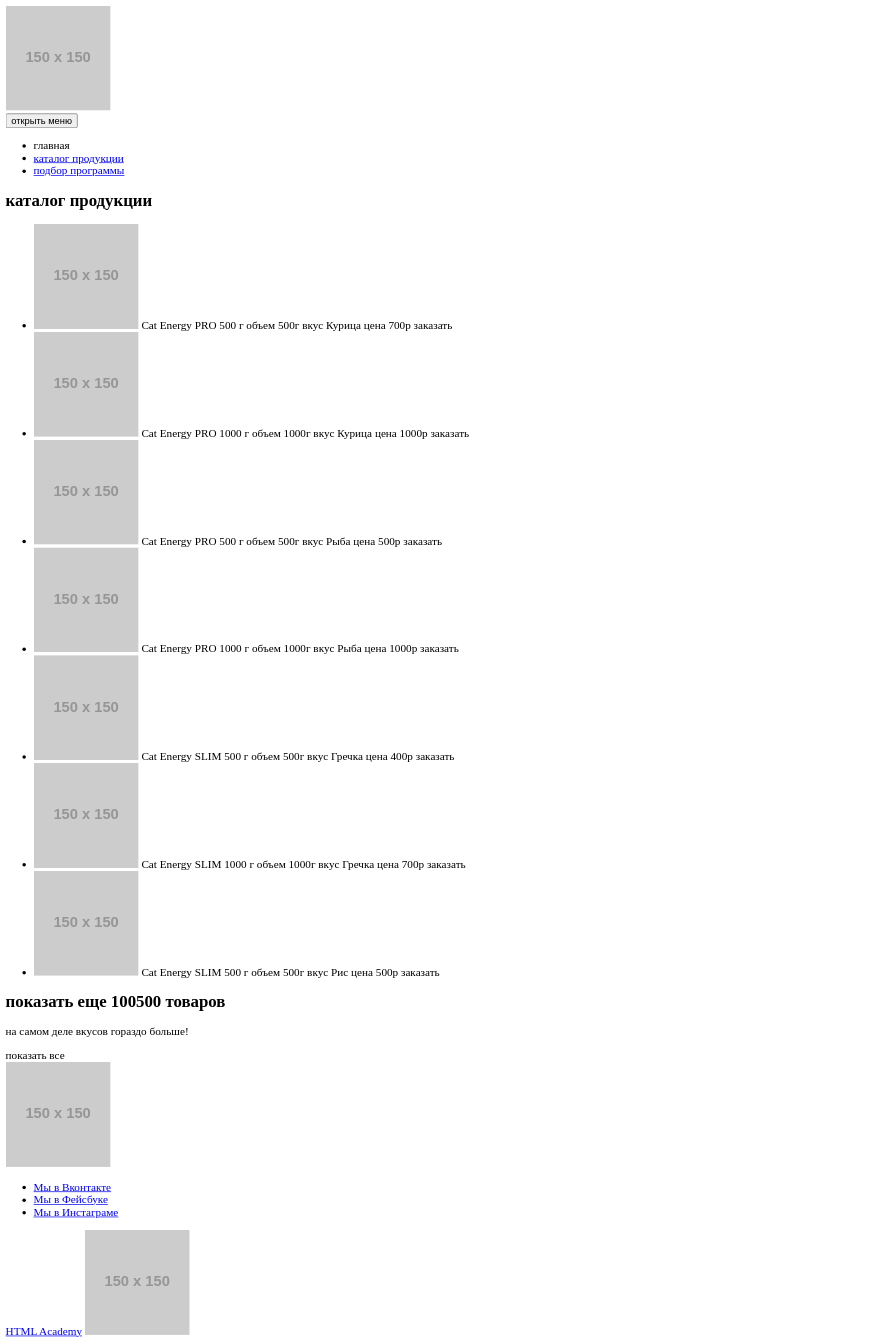
Repository: svetlana2885/1411135-cat-energy-20
Page: source/catalog.html
The author's editor kept a copy of each file at every save. The page is drawn from the files as they stood at one save, then again after the next save.
The browser window is 1280 px wide. The pictures show the whole page, at 70% of full size.

Above is the page before, as saved 2020-07-22 17:07:16.

### source/catalog.html
<!DOCTYPE html>
<html class="page" lang="ru">

<head>
  <meta charset="UTF-8" />
  <title>каталог</title>
</head>

<body class="page__body">
  <header class="page-header">
    <a class="page-header__logo logo" href="#">
      <img class="logo__img" src="src=https://via.placeholder.com/150x150" alt="логотип" />
    </a>
    <nav class="main-nav">
      <button class="main-nav__toggle" type="button">
        <span class="visually-hidden"> открыть меню </span>
      </button>
      <ul class="main-nav__list site-list">
        <li class="site-list__item site-list__item--active">главная</li>
        <li class="site-list__item"><a href="catalog.html">каталог продукции</a></li>
        <li class="site-list__item"><a href="form.html">подбор программы</a></li>
      </ul>
    </nav>
  </header>
  <section class="catalog-product">
    <h1 class="catalog-product__subtitle">каталог продукции</h1>
    <ul class="catalog-product__list">
      <li class="catalog-product__item">
        <img class="catalog-product__img" src="src=https://via.placeholder.com/150x150" alt="корм" />
        <a class="catalog-product__title">Cat Energy PRO 500 г</a>
        <span class="catalog-product__description">объем 500г</span>
        <span class="catalog-product__description">вкус Курица</span>
        <span class="catalog-product__description">цена 700р</span>
        <a class="green-button">заказать</a>
      </li>
      <li class="catalog-product__item">
        <img class="catalog-product__img" src="src=https://via.placeholder.com/150x150" alt="корм" />
        <a class="catalog-product__title">Cat Energy PRO 1000 г</a>
        <span class="catalog-product__description">объем 1000г</span>
        <span class="catalog-product__description">вкус Курица</span>
        <span class="catalog-product__description">цена 1000р</span>
        <a class="green-button">заказать</a>
      </li>
      <li class="catalog-product__item">
        <img class="catalog-product__img" src="src=https://via.placeholder.com/150x150" alt="корм" />
        <a class="catalog-product__title">Cat Energy PRO 500 г</a>
        <span class="catalog-product__description">объем 500г</span>
        <span class="catalog-product__description">вкус Рыба</span>
        <span class="catalog-product__description">цена 500р</span>
        <a class="green-button">заказать</a>
      </li>
      <li class="catalog-product__item">
        <img class="catalog-product__img" src="src=https://via.placeholder.com/150x150" alt="корм" />
        <a class="catalog-product__title">Cat Energy PRO 1000 г</a>
        <span class="catalog-product__description">объем 1000г</span>
        <span class="catalog-product__description">вкус Рыба</span>
        <span class="catalog-product__description">цена 1000р</span>
        <a class="green-button">заказать</a>
      </li>
      <li class="catalog-product__item">
        <img class="catalog-product__img" src="src=https://via.placeholder.com/150x150" alt="корм" />
        <a class="catalog-product__title">Cat Energy SLIM 500 г</a>
        <span class="catalog-product__description">объем 500г</span>
        <span class="catalog-product__description">вкус Гречка</span>
        <span class="catalog-product__description">цена 400р</span>
        <a class="green-button">заказать</a>
      </li>
      <li class="catalog-product__item">
        <img class="catalog-product__img" src="src=https://via.placeholder.com/150x150" alt="корм" />
        <a class="catalog-product__title">Cat Energy SLIM 1000 г</a>
        <span class="catalog-product__description">объем 1000г</span>
        <span class="catalog-product__description">вкус Гречка</span>
        <span class="catalog-product__description">цена 700р</span>
        <a class="green-button">заказать</a>
      </li>
      <li class="catalog-product__item">
        <img class="catalog-product__img" src="src=https://via.placeholder.com/150x150" alt="корм" />
        <a class="catalog-product__title">Cat Energy SLIM 500 г</a>
        <span class="catalog-product__description">объем 500г</span>
        <span class="catalog-product__description">вкус Рис</span>
        <span class="catalog-product__description">цена 500р</span>
        <a class="green-button">заказать</a>
      </li>
    </ul>
  </section>
  <div class="box">
    <h2 class="box__text">показать еще 100500 товаров</h2>
    <p class="box__slogan">на самом деле вкусов гораздо больше!</p>
    <a class="box__grey-button">показать все</a>
  </div>
  <footer class="page-footer">
    <a class="page-footer__logo logo" href="#">
      <img class="logo__img" src="src=https://via.placeholder.com/150x150" alt="логотип" />
    </a>
    <div class="page-footer__social social">
      <ul class="social__list">
        <li class="social__item">
          <a class="social__link social__link--vkontakte" href="https://vk.com/htmlacademy">Мы в Вконтакте</a>
        </li>
        <li class="social__item">
          <a class="social__link social__link--facebook" href="https://www.facebook.com/htmlacademy">Мы в Фейсбуке</a>
        </li>
        <li class="social__item">
          <a class="social__link social__link--instagram" href="https://www.instagram.com/htmlacademy">Мы в
            Инстаграме</a>
        </li>
      </ul>
    </div>
    <div class="page-footer__copyright copyright">
      <a class="copyright__link" href="https://htmlacademy.ru/intensive/adaptive">HTML Academy</a>
      <img class="copyright__img" src="rc=https://via.placeholder.com/150x150" alt="логотип" />
    </div>
  </footer>
</body>

</html>

After the next save:
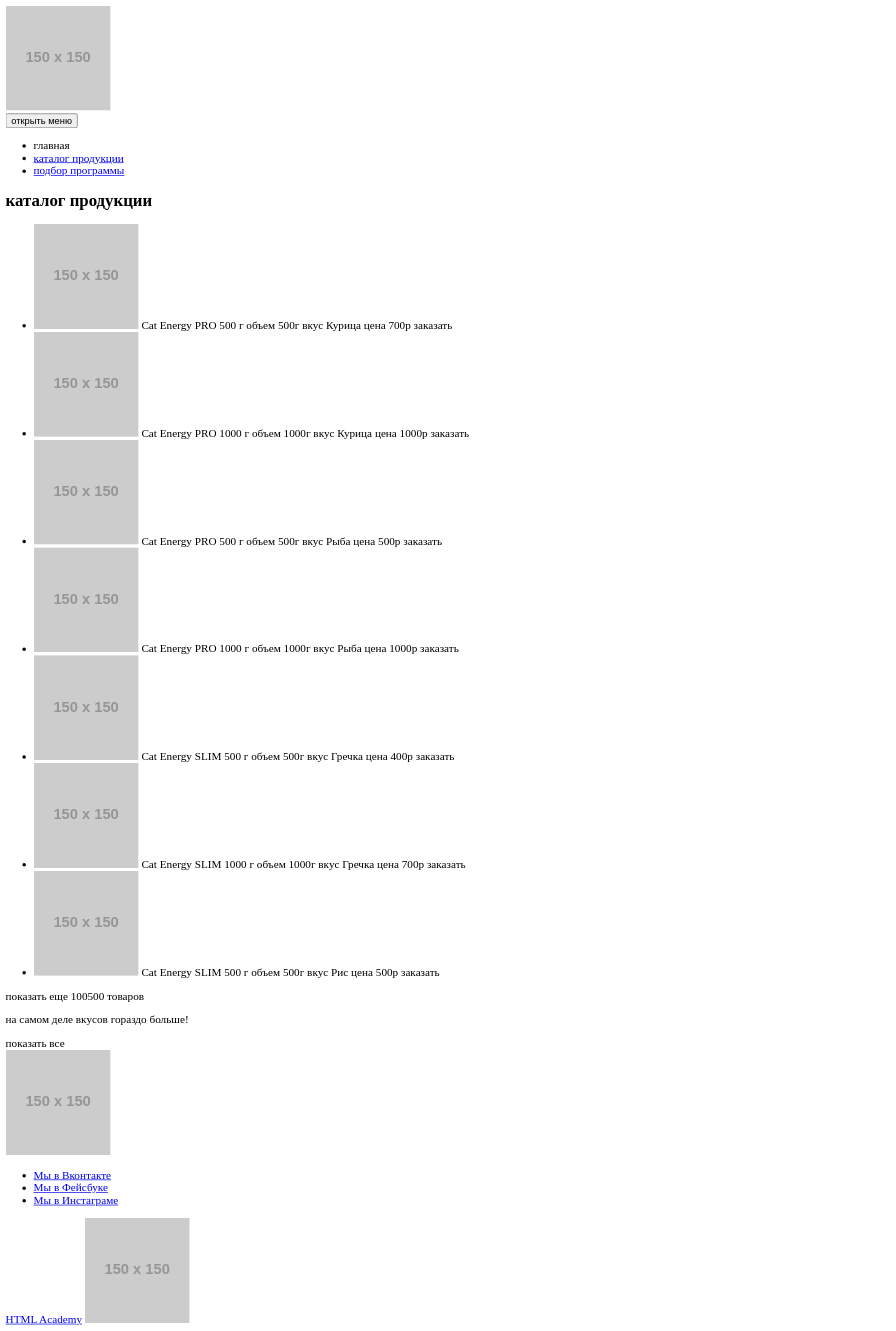
Saved 2 h 35 min later.
--- a/source/catalog.html
+++ b/source/catalog.html
@@ -84,7 +84,7 @@
     </ul>
   </section>
   <div class="box">
-    <h2 class="box__text">показать еще 100500 товаров</h2>
+    <a class="box__text">показать еще 100500 товаров</a>
     <p class="box__slogan">на самом деле вкусов гораздо больше!</p>
     <a class="box__grey-button">показать все</a>
   </div>
